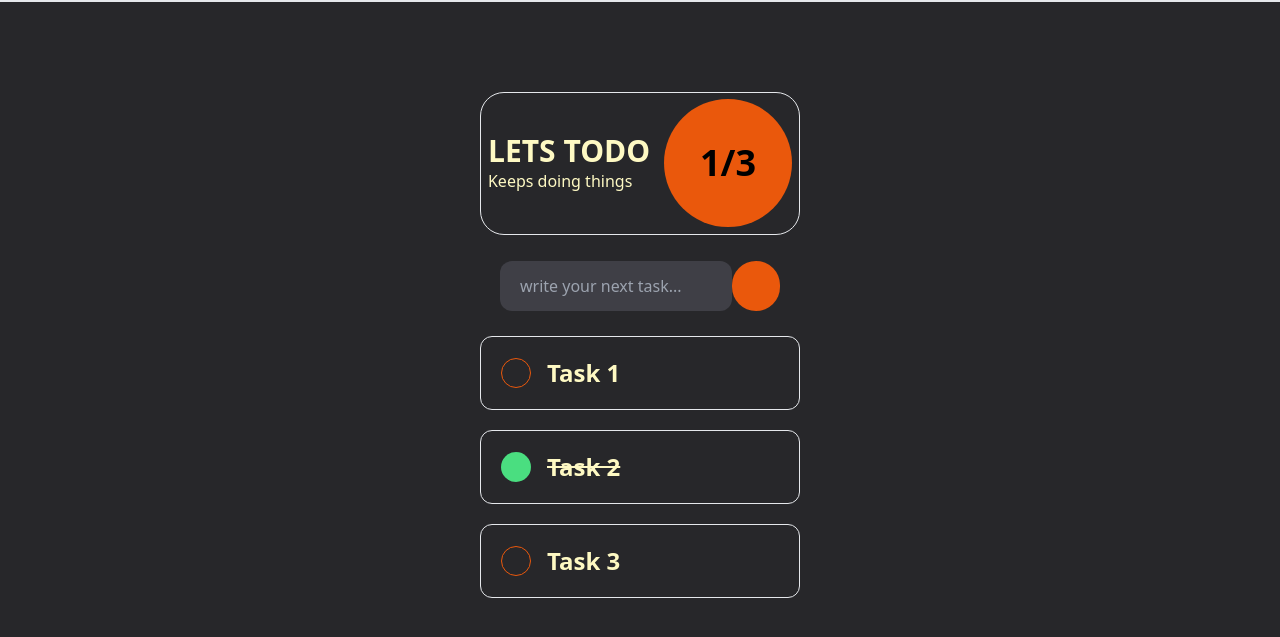
Repository: krayush1109/ToDo_List-React
Page: /
These files come from the project's save history. The page is drawn as it stood at one moment and after the next save; the edit follows.
The browser window is 1280 px wide. The pictures show the whole page.
The project was rebuilt for these pictures with package versions that can differ from the ones it lists, and the page was loaded fresh each time. Also part of the build but not shown: vite.config.js.

Above is the page before, as saved 2024-07-23 00:22:15.

After the next save:
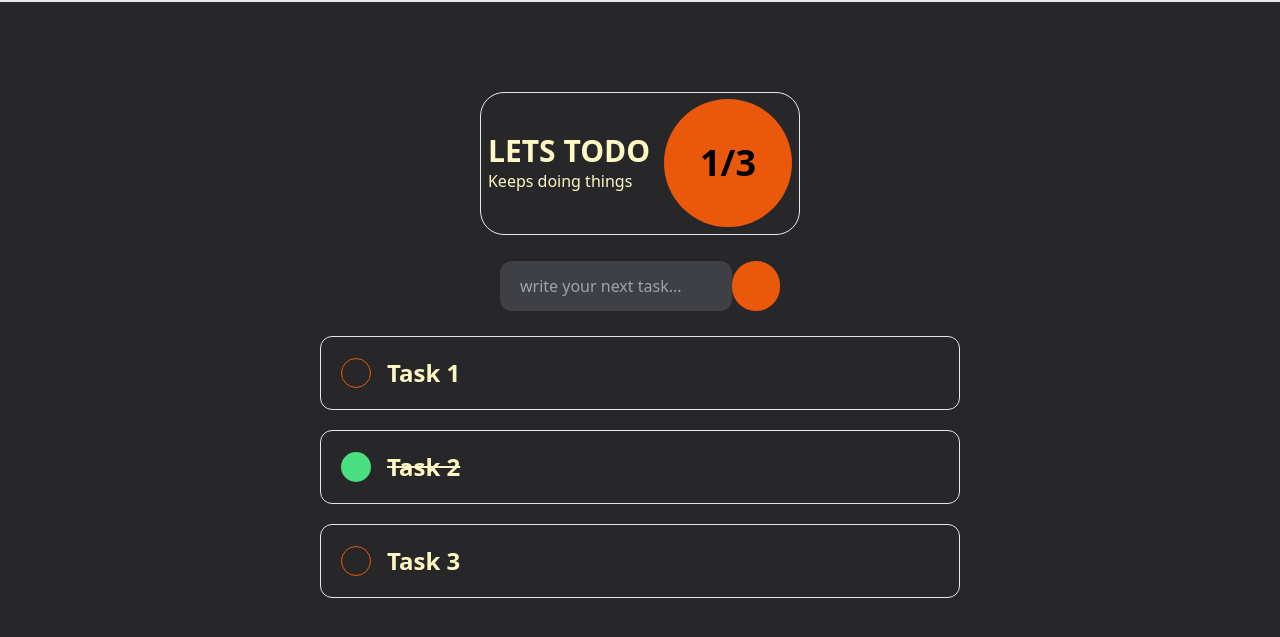
Saved 53 s later.
--- a/src/Components/style_ui.css
+++ b/src/Components/style_ui.css
@@ -37,7 +37,7 @@
 }
 
 .task-list {
-    @apply list-none min-w-[25vmax];
+    @apply list-none min-w-[50vmax];
 }
 
 .task-item {
